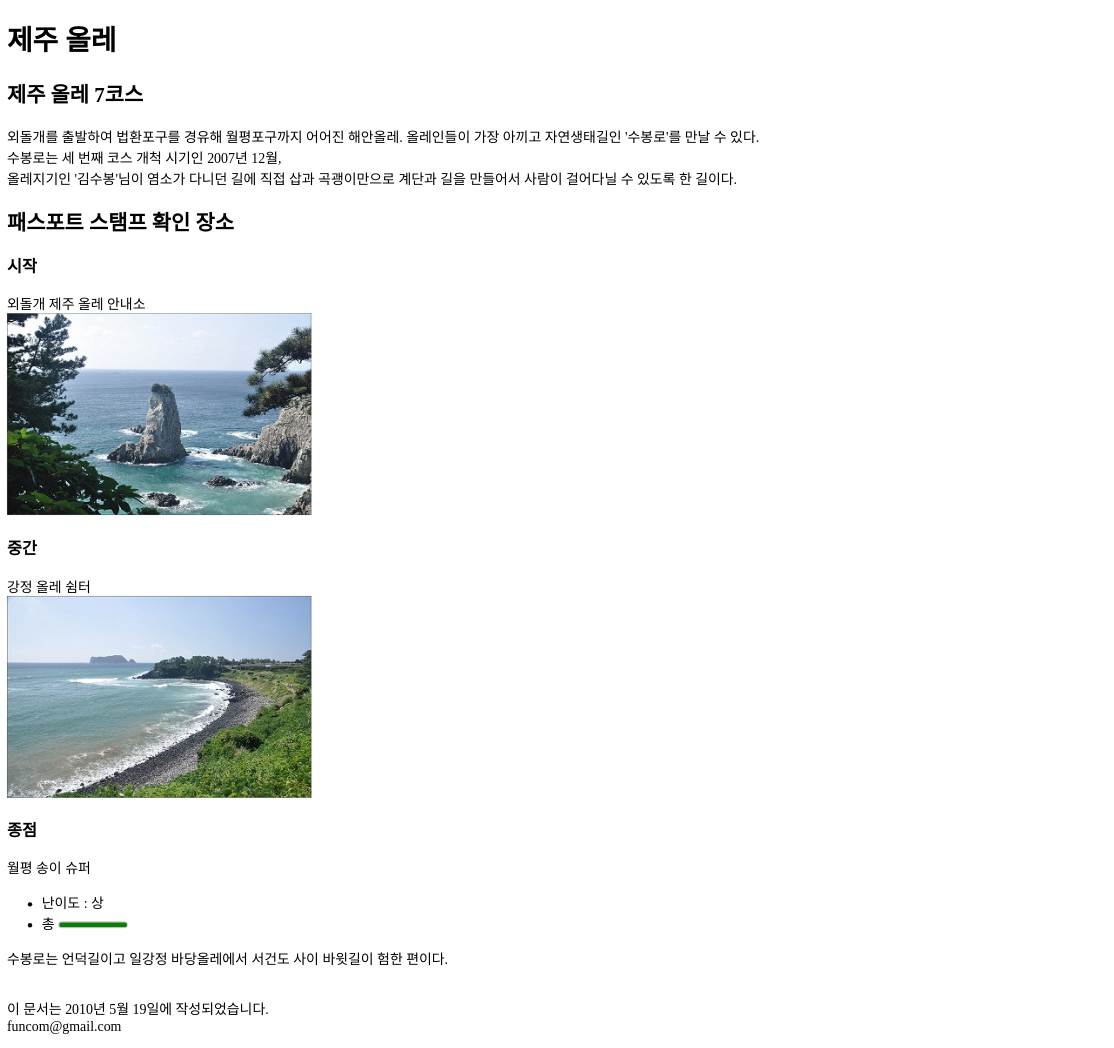
Repository: angelSuho/KCC_Learning_Repo
Page: Html/WebContent/sample02.html
These files come from the project's save history. The page is drawn as it stood at one moment and after the next save; the edit follows.
The browser window is 1280 px wide. The pictures show the whole page, at 87% of full size.

Above is the page before, as saved 2024-07-08 07:38:01.

### Html/WebContent/sample02.html
<!DOCTYPE html>
<html>
<head>
<meta charset="UTF-8">
<title>Insert title here</title>
</head>
<body>
	<header>
		<h1>제주 올레</h1>
		<h2>제주 올레 7코스</h2>
		<p>외돌개를 출발하여 법환포구를 경유해 월평포구까지 어어진 해안올레. 올레인들이 가장 아끼고 자연생태길인 '수봉로'를 만날 수 있다.<br/>
		수봉로는 세 번째 코스 개척 시기인 2007년 12월,<br/>
		올레지기인 '김수봉'님이 염소가 다니던 길에 직접 삽과 곡괭이만으로 계단과 길을 만들어서 사람이 걸어다닐 수 있도록 한 길이다.</p>
	</header>

	<section id="course">
		<header>
		<h2>패스포트 스탬프 확인 장소</h2>
		</header>
		<section id="point">
			<section>
				<header>
					<h3>시작</h3>
				</header>
				<div>외돌개 제주 올레 안내소</div>
				<img src="images/road2.jpg">
			</section>
			<section>
				<header>
					<h3>중간</h3>
				</header>
				<div>강정 올레 쉼터</div>
				<img src="images/road1.jpg">
			</section>
			<section>
				<header>
					<h3>종점</h3>
				</header>
				<div>월평 송이 슈퍼</div>
				<footer>
				<ul>
					<li>난이도 : 상</li>
					<li>총 <meter value="16400">16.4km(4~5시간)</meter></li>
				</ul>
				<div>수봉로는 언덕길이고 일강정 바당올레에서 서건도 사이 바윗길이 험한 편이다.</div>
				</footer>
			</section>
		</section>
	</section>
<br/>
<section>
<p>
이 문서는 <time datetime="2010-05-19">2010년 5월 19일에 작성되었습니다.</time><br/>
funcom@gmail.com
</p>
</section>
</body>
</html>

After the next save:
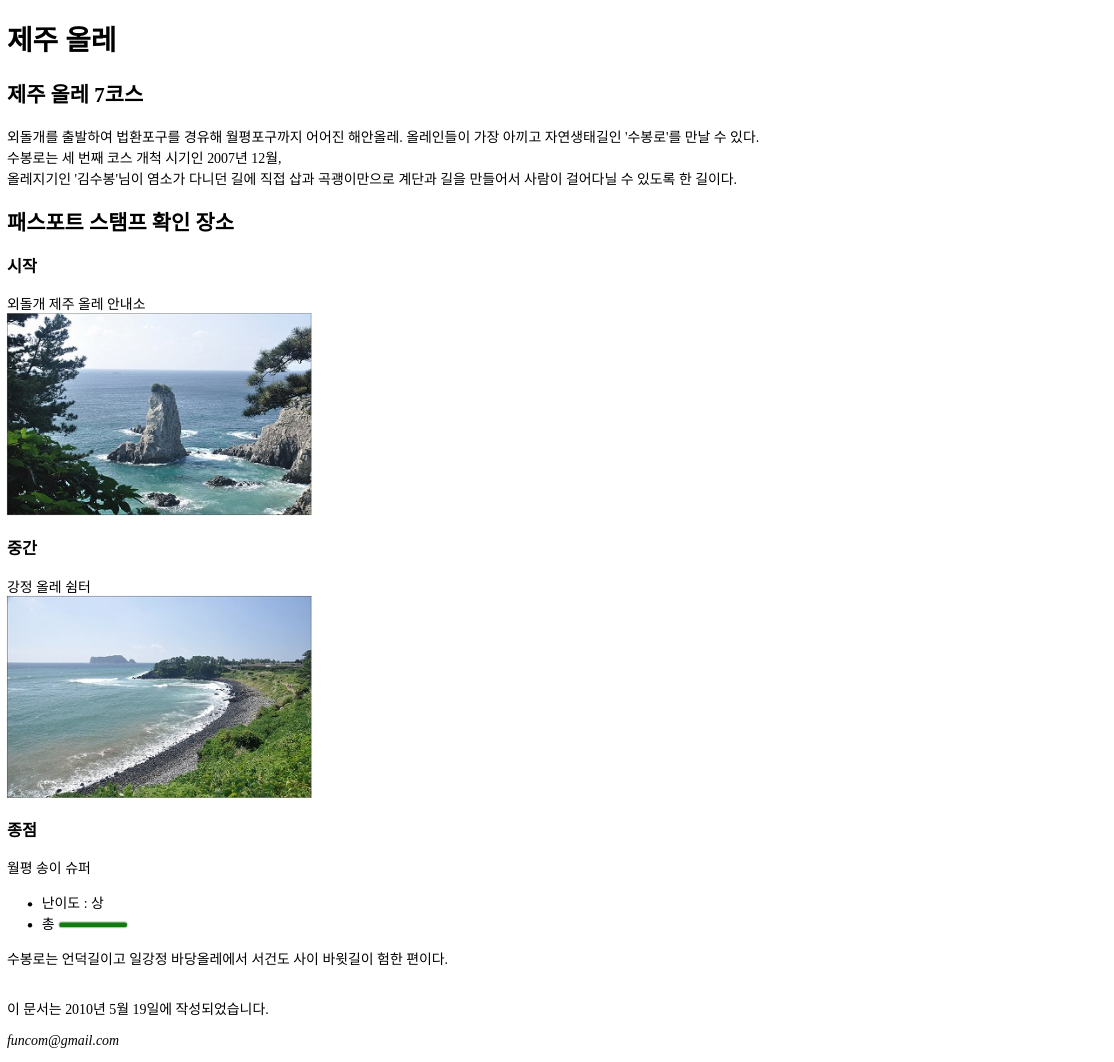
Saved 111 s later.
--- a/Html/WebContent/sample02.html
+++ b/Html/WebContent/sample02.html
@@ -51,7 +51,7 @@
 <section>
 <p>
 이 문서는 <time datetime="2010-05-19">2010년 5월 19일에 작성되었습니다.</time><br/>
-funcom@gmail.com
+<address>funcom@gmail.com</address>
 </p>
 </section>
 </body>
